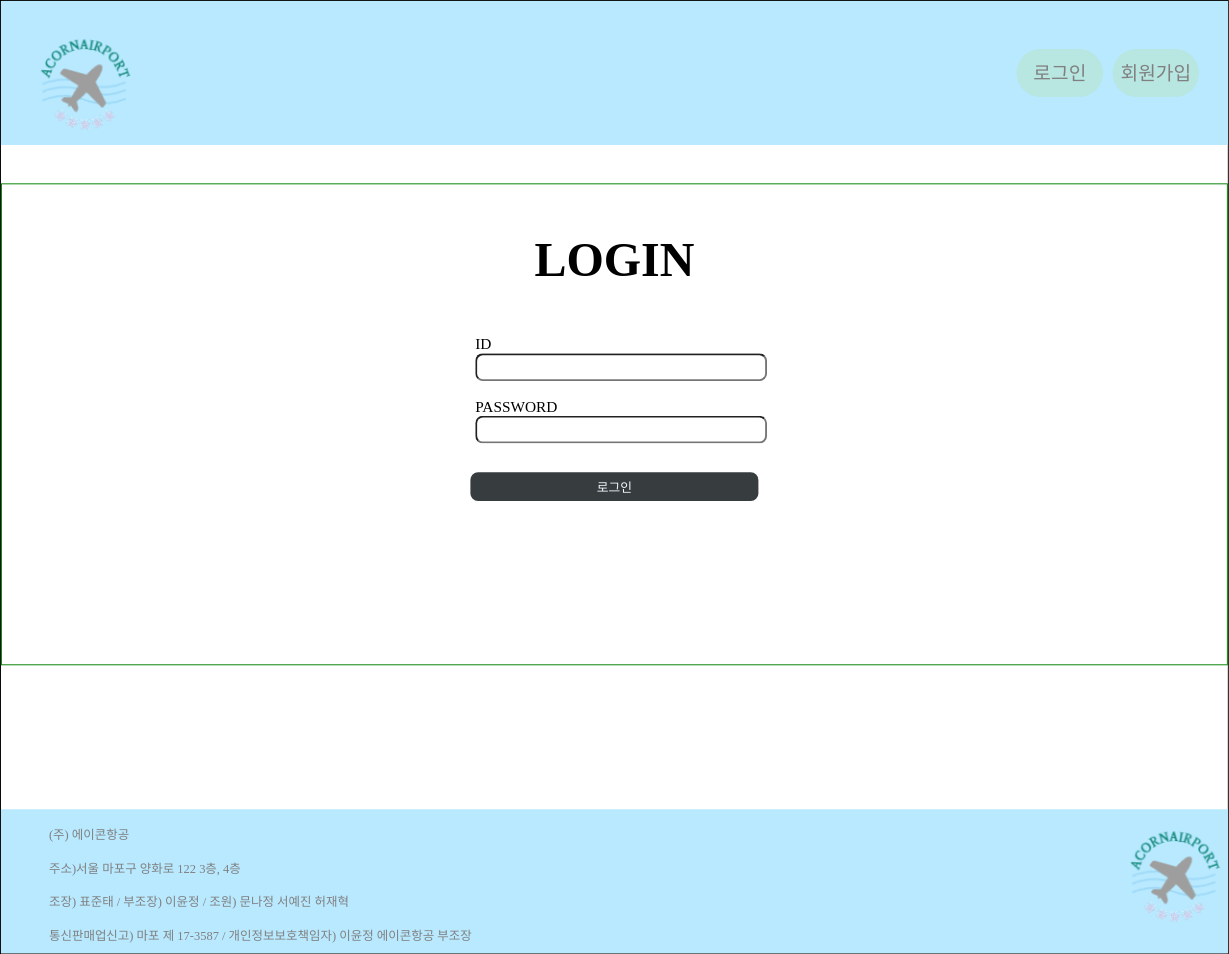
Repository: juntae710/Acorn_AirlineReservation_Project
Page: http://localhost/prj3_1/WEB-INF/views/h_login.jsp
These files come from the project's save history. The page is drawn as it stood at one moment and after a run of saves; the edit follows.
The browser window is 1280 px wide. The pictures show the whole page, at 96% of full size.
The page is served by Tomcat 9. Nobody is signed in. The template is opened directly, without the code that normally fills it, so the values that code supplies are empty.

Above is the page before, as saved 2023-09-20 03:28:00.

After the next 2 saves:
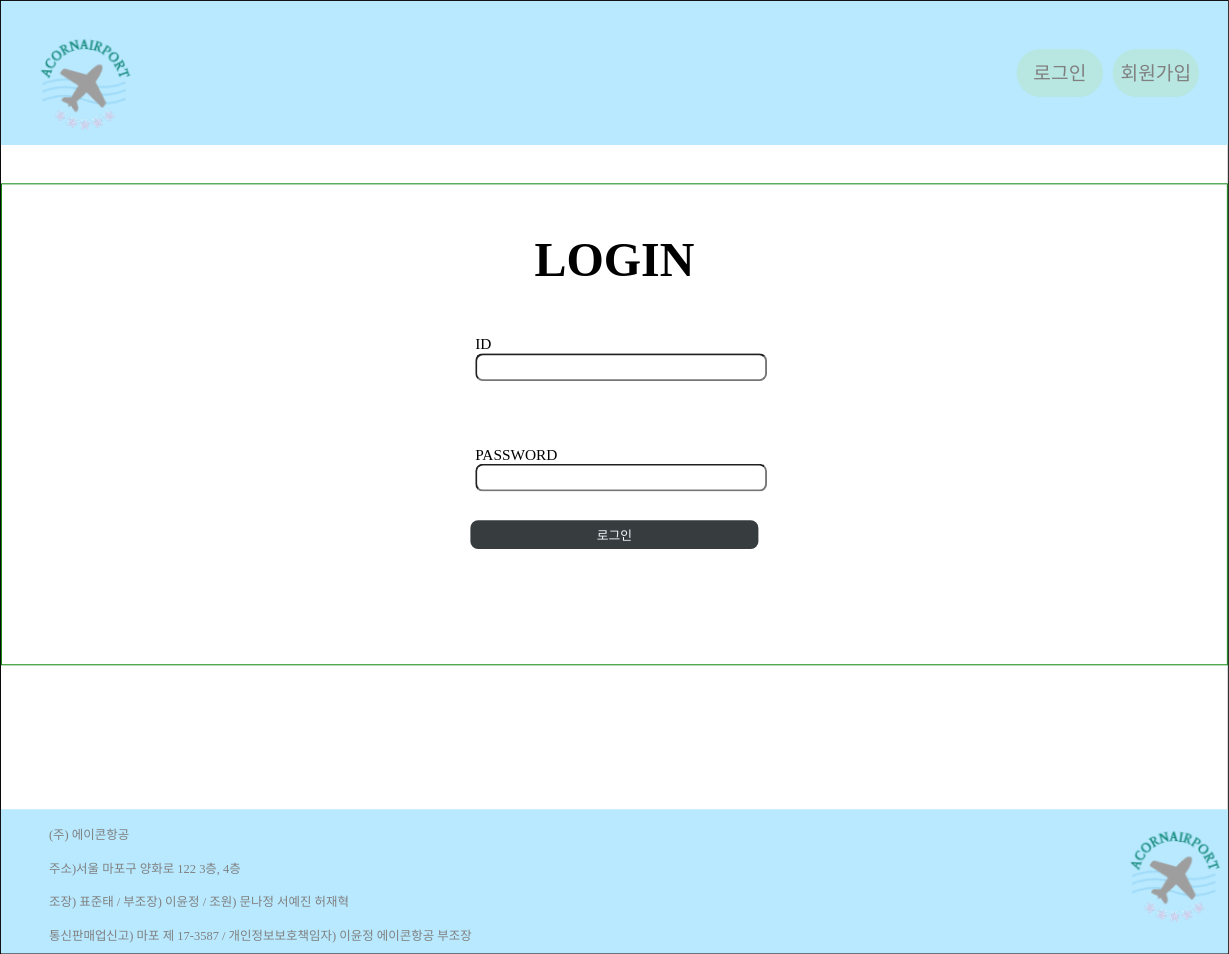
The 2 saves are shown as one change because they came seconds apart.
The last was saved 38 s later.
--- a/Eclipse/prj3_1/src/main/webapp/css/Login.css
+++ b/Eclipse/prj3_1/src/main/webapp/css/Login.css
@@ -32,7 +32,8 @@
 
 .inputName {
 	margin-left: 5px;
-}
+	margin-top:50px;
+	}
 
 input {
 	height: 25px;

After the save that followed:
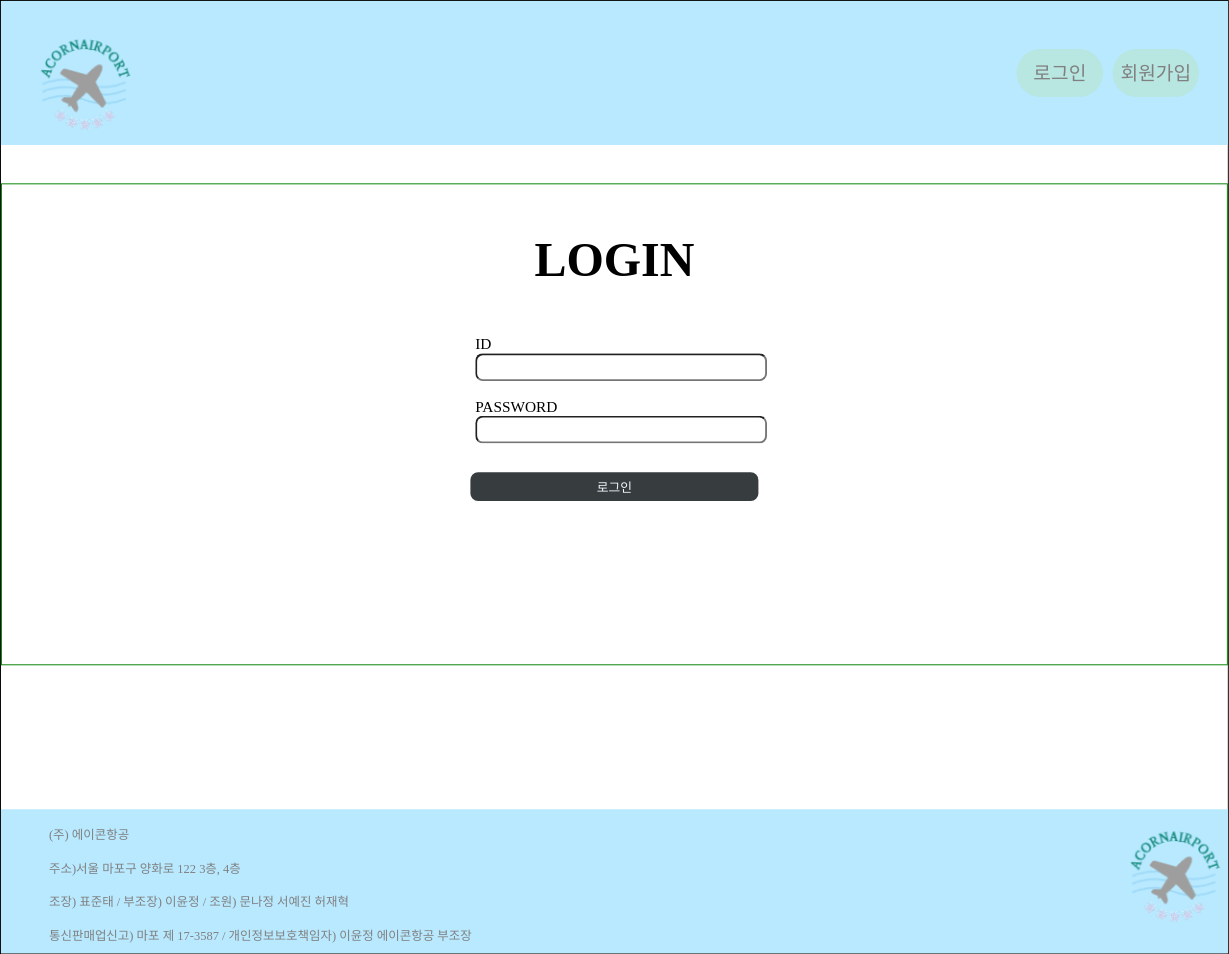
Saved 6 s later.
--- a/Eclipse/prj3_1/src/main/webapp/css/Login.css
+++ b/Eclipse/prj3_1/src/main/webapp/css/Login.css
@@ -32,8 +32,7 @@
 
 .inputName {
 	margin-left: 5px;
-	margin-top:50px;
-	}
+}
 
 input {
 	height: 25px;
